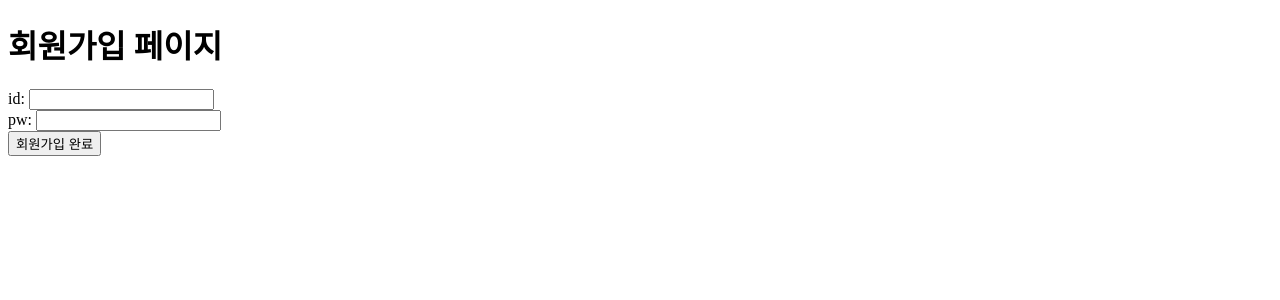
Repository: dfhdfhdfsza/myjsp
Page: http://localhost/_myjsp/mem/register
These files come from the project's save history. The page is drawn as it stood at one moment and after the next save; the edit follows.
The browser window is 1280 px wide. The pictures show the whole page.
The page is served by Tomcat 9. Other server files are loaded and not shown.

Above is the page before, as saved 2023-09-21 11:12:37.

### _myjsp/src/main/webapp/member/register.jsp
<%@ page language="java" contentType="text/html; charset=UTF-8"
    pageEncoding="UTF-8"%>
<!DOCTYPE html>
<html>
<head>
<meta charset="UTF-8">
<title>Insert title here</title>
</head>
<body>
	<h1>회원가입 페이지</h1>
	<form action="/mem/join">
		id: <input type="text" name="id"> <br>
		pw: <input type="text" name="pw"> <br>
		<button type="submit">회원가입 완료</button>
	</form>

</body>
</html>

### _myjsp/src/main/java/controller/memberController.java
package controller;

import java.io.IOException;

import javax.servlet.RequestDispatcher;
import javax.servlet.ServletException;
import javax.servlet.annotation.WebServlet;
import javax.servlet.http.HttpServlet;
import javax.servlet.http.HttpServletRequest;
import javax.servlet.http.HttpServletResponse;

import org.slf4j.Logger;
import org.slf4j.LoggerFactory;

import service.memberService;
import service.memberServiceImpl;


@WebServlet("/mem/*")
public class memberController extends HttpServlet {
	private static final long serialVersionUID = 1L;
    private static final Logger log=LoggerFactory.getLogger(memberController.class);

    private RequestDispatcher rdp;
    private String destPage;
    private int isOk;

    private memberService msv;

    public memberController()
    {
        msv=new memberServiceImpl();
    }


	protected void service(HttpServletRequest request, HttpServletResponse response) throws ServletException, IOException
	{
		request.setCharacterEncoding("utf-8");
		response.setCharacterEncoding("utf-8");
		response.setContentType("text/html; charset=UTF-8");

		String uri=request.getRequestURI();
		log.info("uri>>"+uri);
		String path=uri.substring(uri.lastIndexOf("/")+1);
		log.info("path>>"+path);

		switch (path)
		{
		case "register":
			destPage="/member/register.jsp";
			break;

		}//switch end

		rdp=request.getRequestDispatcher(destPage);
		rdp.forward(request, response);
	}//service end


	protected void doGet(HttpServletRequest request, HttpServletResponse response) throws ServletException, IOException
	{
		service(request, response);
	}


	protected void doPost(HttpServletRequest request, HttpServletResponse response) throws ServletException, IOException
	{
		service(request, response);
	}

}

### _myjsp/src/main/java/service/memberServiceImpl.java
package service;

public class memberServiceImpl implements memberService {

}

After the next save:
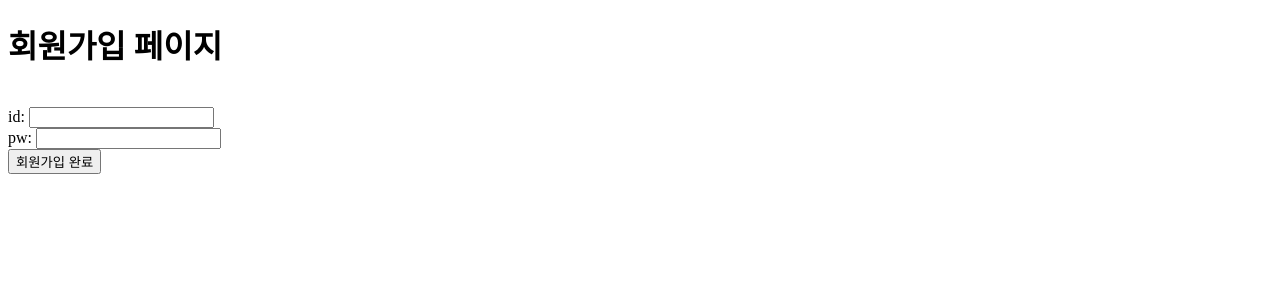
Saved 8 s later.
--- a/_myjsp/src/main/webapp/member/register.jsp
+++ b/_myjsp/src/main/webapp/member/register.jsp
@@ -7,7 +7,7 @@
 <title>Insert title here</title>
 </head>
 <body>
-	<h1>회원가입 페이지</h1>
+	<h1>회원가입 페이지</h1> <br>
 	<form action="/mem/join">
 		id: <input type="text" name="id"> <br>
 		pw: <input type="text" name="pw"> <br>
